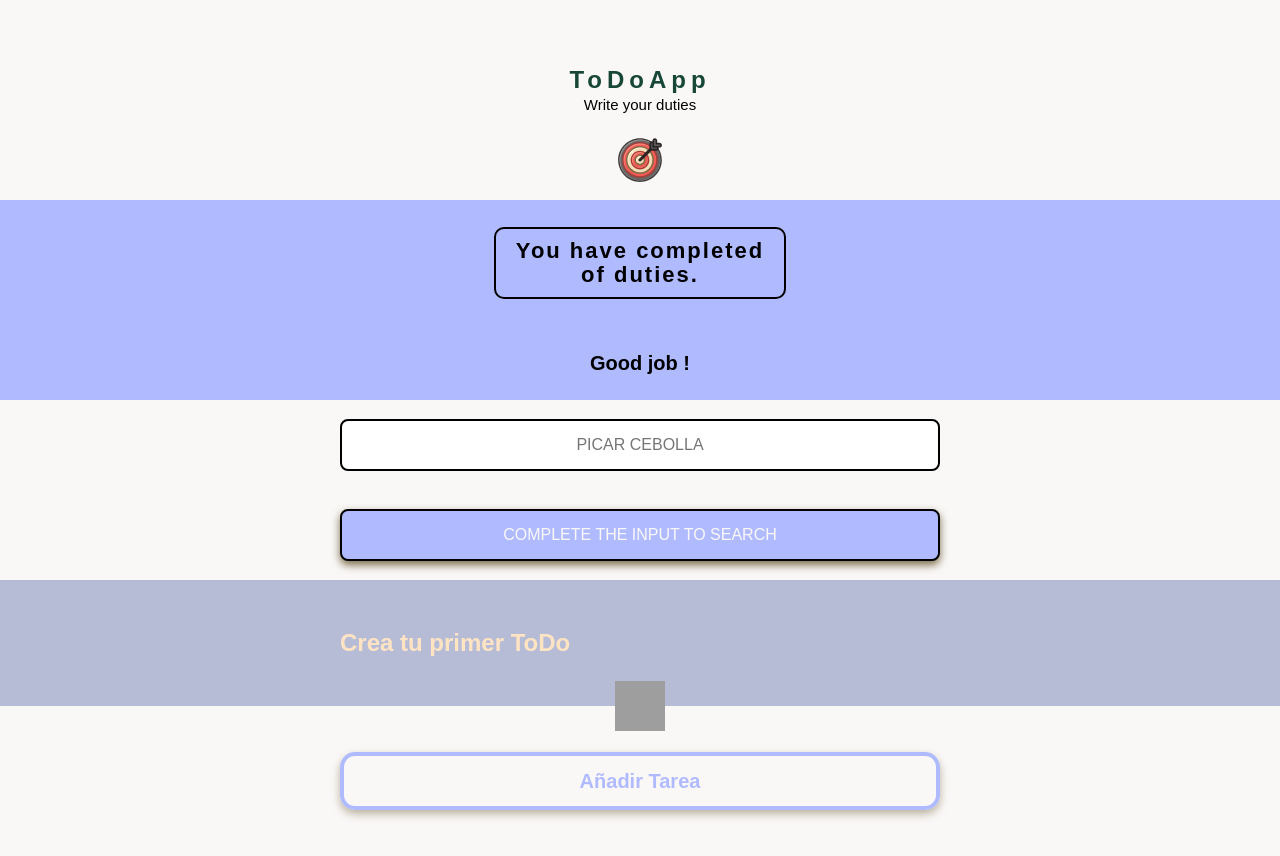
Repository: ChristianGecchelin/to-do-app
Page: /
The author's editor kept a copy of each file at every save. The page is drawn from the files as they stood at one save, then again after the next save.
The browser window is 1280 px wide. The pictures show the whole page.
Pictures or frames that could not be fetched are drawn as grey boxes. The project was rebuilt for these pictures with package versions that can differ from the ones it lists, and the page was loaded fresh each time. Also part of the build but not shown: src/ToDoItem.js.

Above is the page before, as saved 2022-01-14 19:41:57.

After the next save:
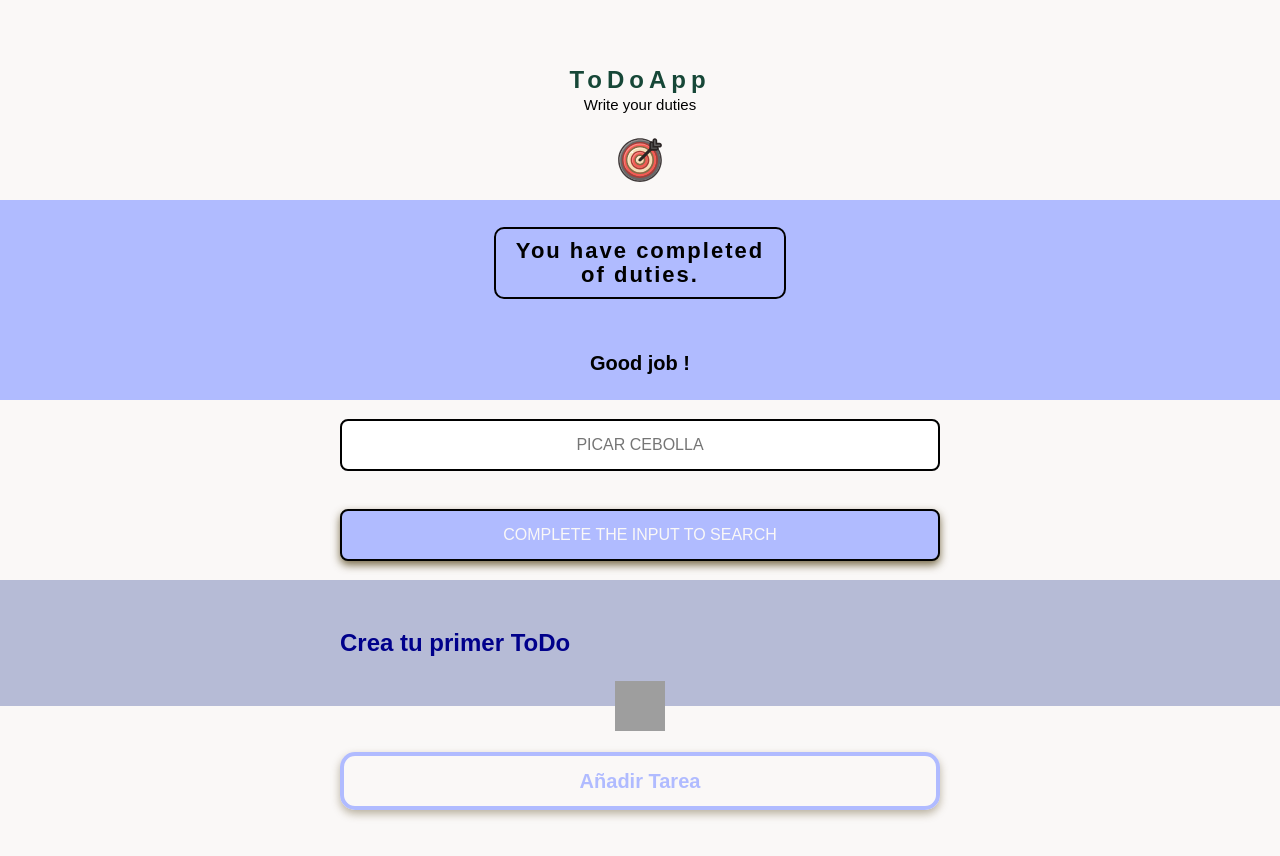
Saved 18 s later.
--- a/src/App/AppUI.css
+++ b/src/App/AppUI.css
@@ -2,5 +2,5 @@
   font-size: 2.4rem;
   font-weight: 700;
   line-height: 2.6rem;
-  color: bisque;
+  color: darkblue;
 }
